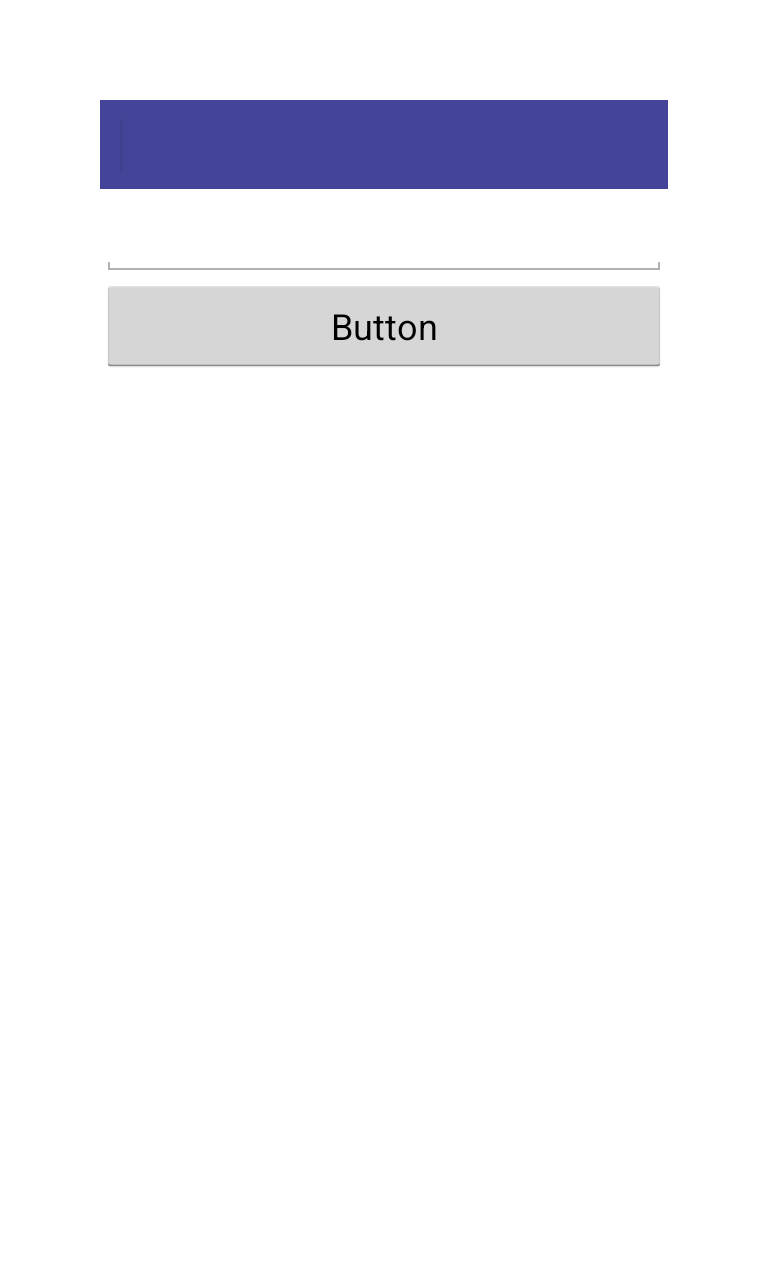
Repository: christianchi/di
Layout: 09 Drawable/UsoDrawNinePatch/res/layout/activity_main.xml
An editor plug-in stored every save of this project. The layout is shown before and after the next save, followed by the edit.
It is drawn on a 768 x 1280 px phone screen (xhdpi) without system bars, with theme AppTheme; the app's code is not run.

Above is the layout before, as saved 2014-01-16 08:44:41.

After the next save:
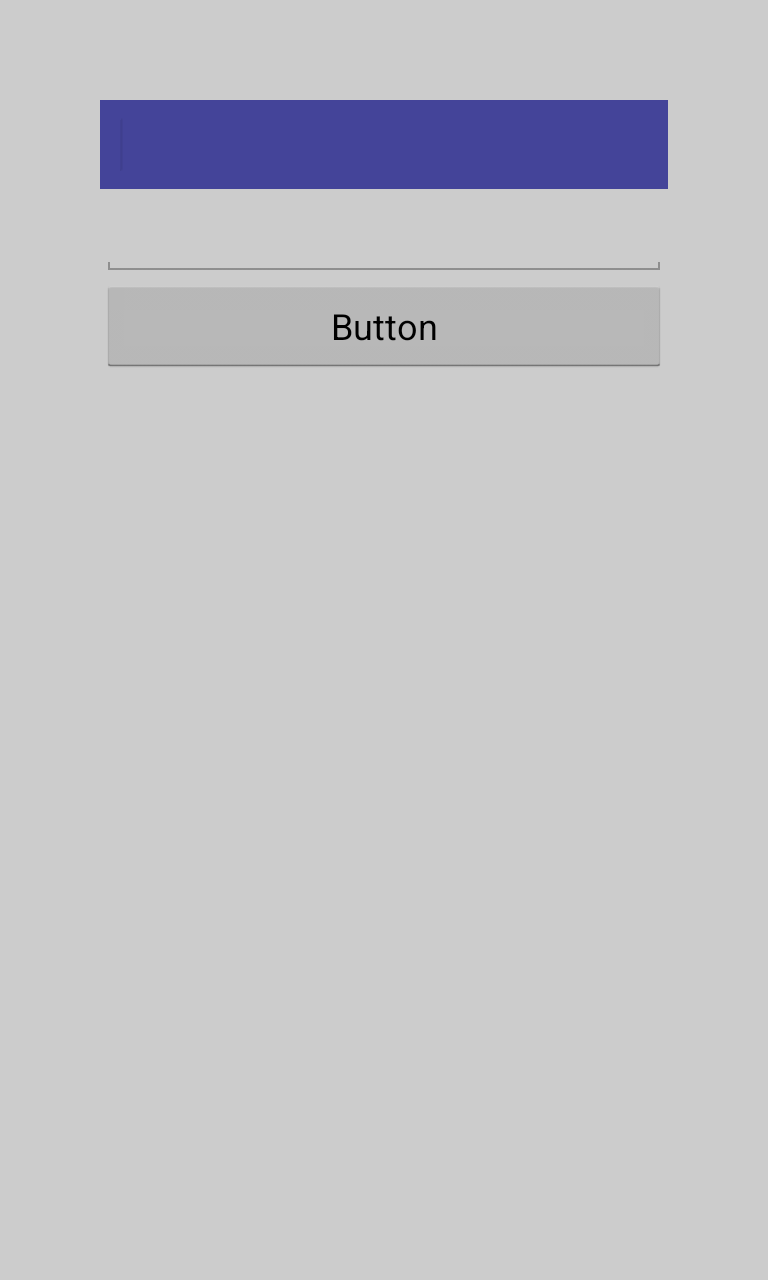
Saved 19 s later.
--- a/09 Drawable/UsoDrawNinePatch/res/layout/activity_main.xml
+++ b/09 Drawable/UsoDrawNinePatch/res/layout/activity_main.xml
@@ -1,7 +1,7 @@
 <LinearLayout xmlns:android="http://schemas.android.com/apk/res/android"
     android:layout_width="fill_parent"
     android:layout_height="fill_parent"
-    android:background=""
+    android:background="#ccc"
     android:orientation="vertical"
     android:padding="50dp" >
 
